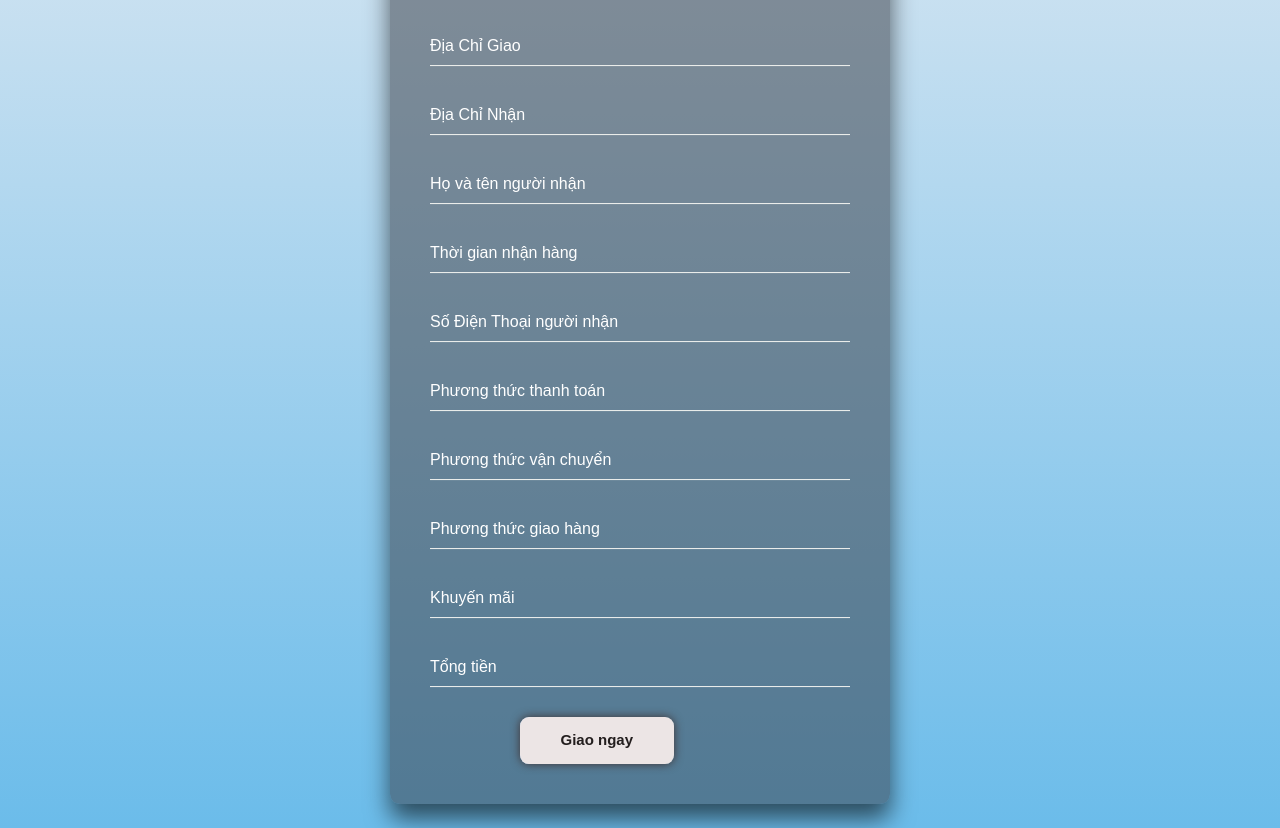
Repository: Pnguyen285/Demo
Page: Giao diện/index.html
The author's editor kept a copy of each file at every save. The page is drawn from the files as they stood at one save, then again after a run of saves.
The browser window is 1280 px wide. The pictures show the part of the page from y = 324 to 1152 px (the page is 1152 px tall).
A picture or video elsewhere on the page could not be fetched, so the positions and the page height are approximate.

Above is the page before, as saved 2023-07-28 12:06:00.

### Giao diện/index.html
<!DOCTYPE html>
<html lang="en">
<head>
  <meta charset="UTF-8">
  <meta name="viewport" content="width=device-width, initial-scale=1.0">
  <title>Document</title>
  <link rel="stylesheet" type="" href="style.css">
  <img src="bg-intro-desktop.png" alt="">
</head>
<body>
  <div class="login-box">
    <h1>Tiến Hành Giao Hàng</h1>
    <form>
      <div class="user-box">
        <input type="text" name="" required="">
        <label>Họ và Tên</label>
      </div>
      <div class="user-box">
        <input type="text" name="" required="">
        <label>Số Điện Thoại</label>
      </div>
      <div class="user-box">
        <input type="datetime" name="" required="">
        <label>Khoảng cách</label>
      </div>
      <div class="user-box">
        <input type="text" name="" required="">
        <label>Địa Chỉ Giao</label>
      </div>
      <div class="user-box">
        <input type="text" name="" required="">
        <label>Địa Chỉ Nhận</label>
      </div>

      <div class="user-box">
        <input type="text" name="" required="">
        <label>Họ và tên người nhận</label>
      </div>
      <div class="user-box">
        <input type="text" name="" required="">
        <label>Thời gian nhận hàng</label>
      </div>
      <div class="user-box">
        <input type="text" name="" required="">
        <label>Số Điện Thoại người nhận</label>
      </div>
      <div class="user-box">
        <input type="text" name="" required="">
        <label>Phương thức thanh toán</label>
      </div>
      <div class="user-box">
        <input type="text" name="" required="">
        <label>Phương thức vận chuyển</label>
      </div>
      <div class="user-box">
        <input type="text" name="" required="">
        <label>Phương thức giao hàng</label>
      </div>
      <div class="user-box">
        <input type="text" name="" required="">
        <label>Khuyến mãi</label>
      </div>
      <div class="user-box">
        <input type="text" name="" required="">
        <label>Tổng tiền</label>
      </div>
      <button>
        <span class="transition"></span>
        <span class="gradient"></span>
        <span class="label">Giao ngay</span>
      </button
    </form>
  </div>
</body>
</html>

### Giao diện/style.css
html {
  height: 160%;
}
body {
  margin:0;
  padding:0;
  font-family: sans-serif;
  background: linear-gradient(#eceef3, #6bbcea);
}

.login-box {
  position: absolute;
  top: 80%;
  left: 50%;
  width: 500px;
  padding: 40px;
  transform: translate(-50%, -50%);
  background: rgba(55, 56, 64, 0.5);
  box-sizing: border-box;
  box-shadow: 0 15px 25px rgba(0,0,0,.6);
  border-radius: 10px;
  color:#fff
}

.login-box h2 {
  margin: 0 0 30px;
  padding: 0;
  color: #efe6e6;
  text-align: center;
}

.login-box .user-box {
  position: relative;
}

.login-box .user-box input {
  width: 100%;
  padding: 10px 0;
  font-size: 16px;
  color: #0b0909;
  margin-bottom: 30px;
  border: none;
  border-bottom: 1px solid #f2f3f0;
  outline: none;
  background: transparent;
}
.login-box .user-box label {
  position: absolute;
  top:0;
  left: 0;
  padding: 10px 0;
  font-size: 16px;
  color: #fff;
  pointer-events: none;
  transition: .5s;
}

.login-box .user-box input:focus ~ label,
.login-box .user-box input:valid ~ label {
  top: -20px;
  left: 0;
  color: #0a0704;
  font-size: 12px;
}
button {
  font-size: 15px;
  padding: 1em 2.7em;
  font-weight: 500;
  background: rgb(113, 94, 81);
  background: linear-gradient(90deg, rgb(158, 185, 219) 0%, rgba(121, 144, 156, 0.72) 100%);
  color: #231e1e;
  font-weight: 900;
  border: none;
  position: relative;
  overflow: hidden;
  border-radius: 0.6em;
  box-shadow: 0 0 10px #3f3232;
  transition: 0.2s;
  left: 90px;
}

.label {
  position: relative;
  top: -1px;
}

.transition {
  transition-timing-function: cubic-bezier(0.8, 0, 0.2, 1);
  transition-duration: 400ms;
  background: #ece5e5;
  border-radius: 9999px;
  width: 11em;
  height: 11em;
  position: absolute;
  left: 50%;
  top: 50%;
  transform: translate(-50%, -50%);
}

button:hover .transition {
  width: 0;
  height: 0;
}

button:hover {
  transition: 0.2s;
  color: #f3eaea;
}

button:active {
  transform: scale(0.97);
}

After the next 2 saves:
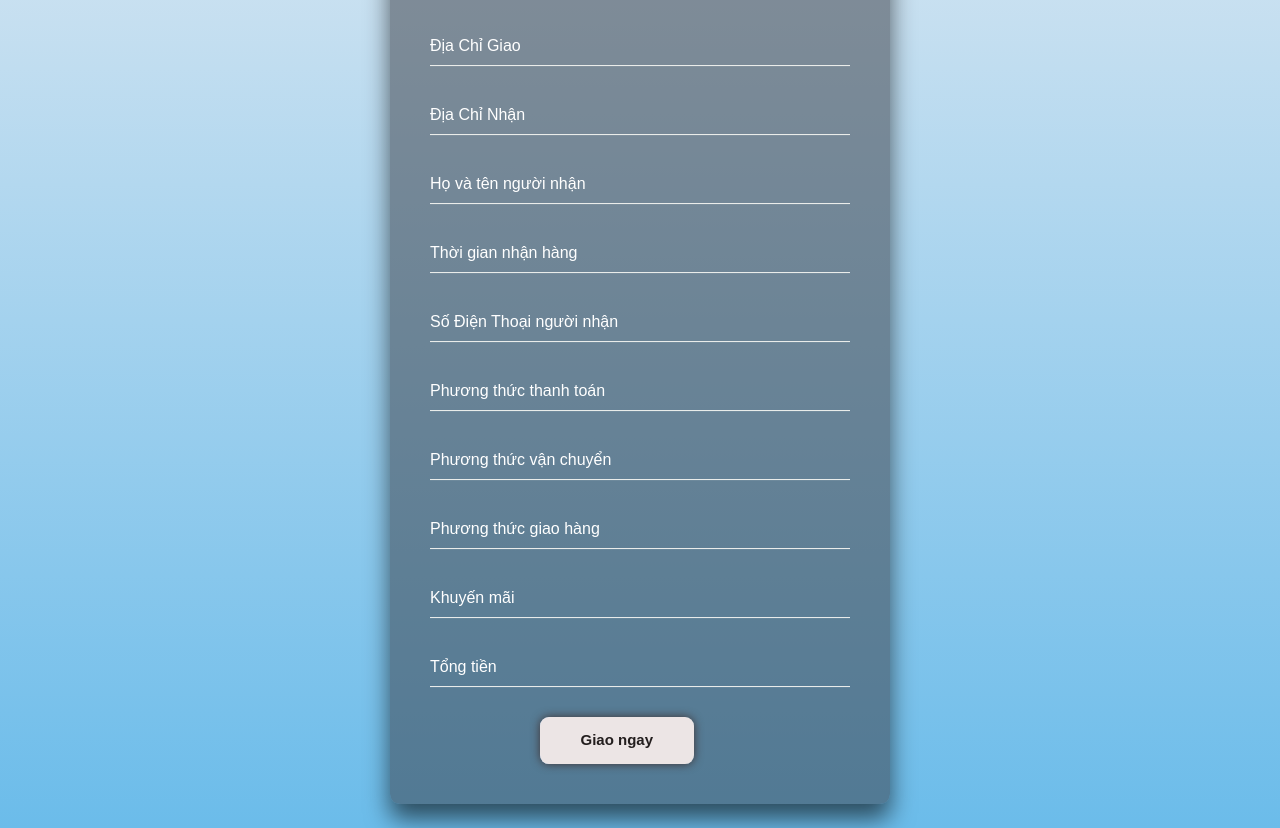
The 2 saves are shown as one change because they came seconds apart.
The last was saved 16 s later.
--- a/Giao diện/style.css
+++ b/Giao diện/style.css
@@ -76,7 +76,7 @@ button {
   border-radius: 0.6em;
   box-shadow: 0 0 10px #3f3232;
   transition: 0.2s;
-  left: 90px;
+  left: 110px;
 }
 
 .label {
